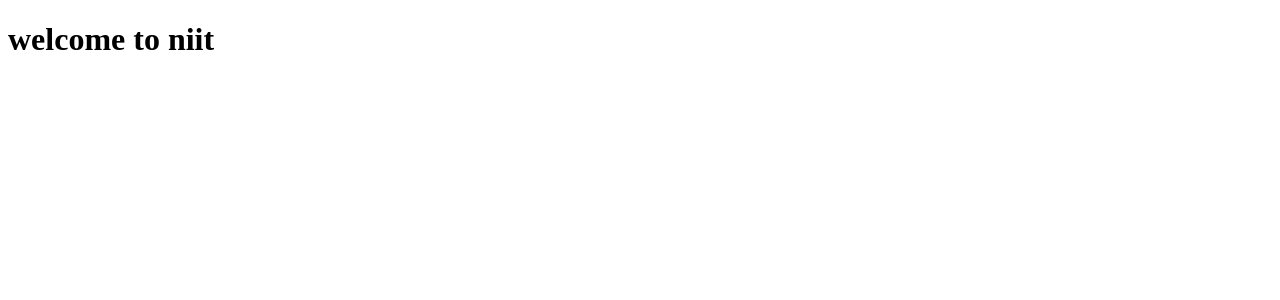
Repository: Karthi-Mano/AdvanceJavaPrograms
Page: BasicHtml/WebContent/HomePage.html
These files come from the project's save history. The page is drawn as it stood at one moment and after the next save; the edit follows.
The browser window is 1280 px wide. The pictures show the whole page.

Above is the page before, as saved 2017-09-23 05:32:17.

### BasicHtml/WebContent/HomePage.html
<!DOCTYPE html>
<html>
<head>
<meta charset="ISO-8859-1">
<title>MyFirstProgram</title>
</head>
<body>
  <h1>welcome to niit</h1>
</body>
</html>

After the next save:
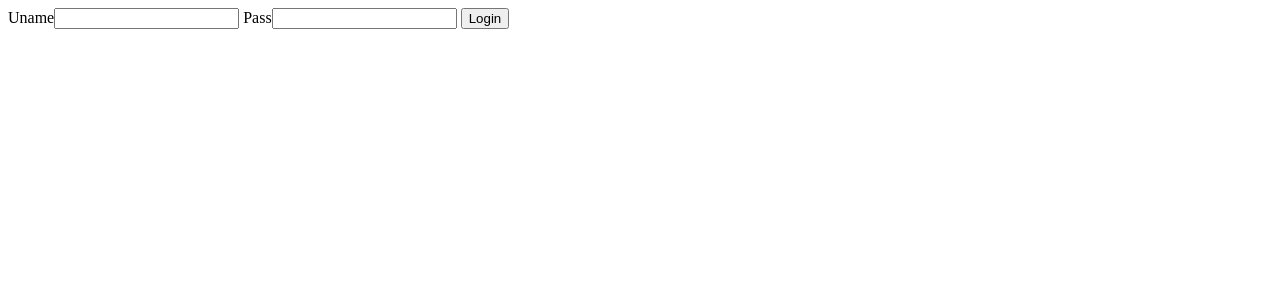
Saved 6 min 49 s later.
--- a/BasicHtml/WebContent/HomePage.html
+++ b/BasicHtml/WebContent/HomePage.html
@@ -5,6 +5,10 @@
 <title>MyFirstProgram</title>
 </head>
 <body>
-  <h1>welcome to niit</h1>
+  <form>
+   Uname<input type="text">
+   Pass<input type="password">
+   <input type="submit" value="Login">
+  </form>
 </body>
 </html>
